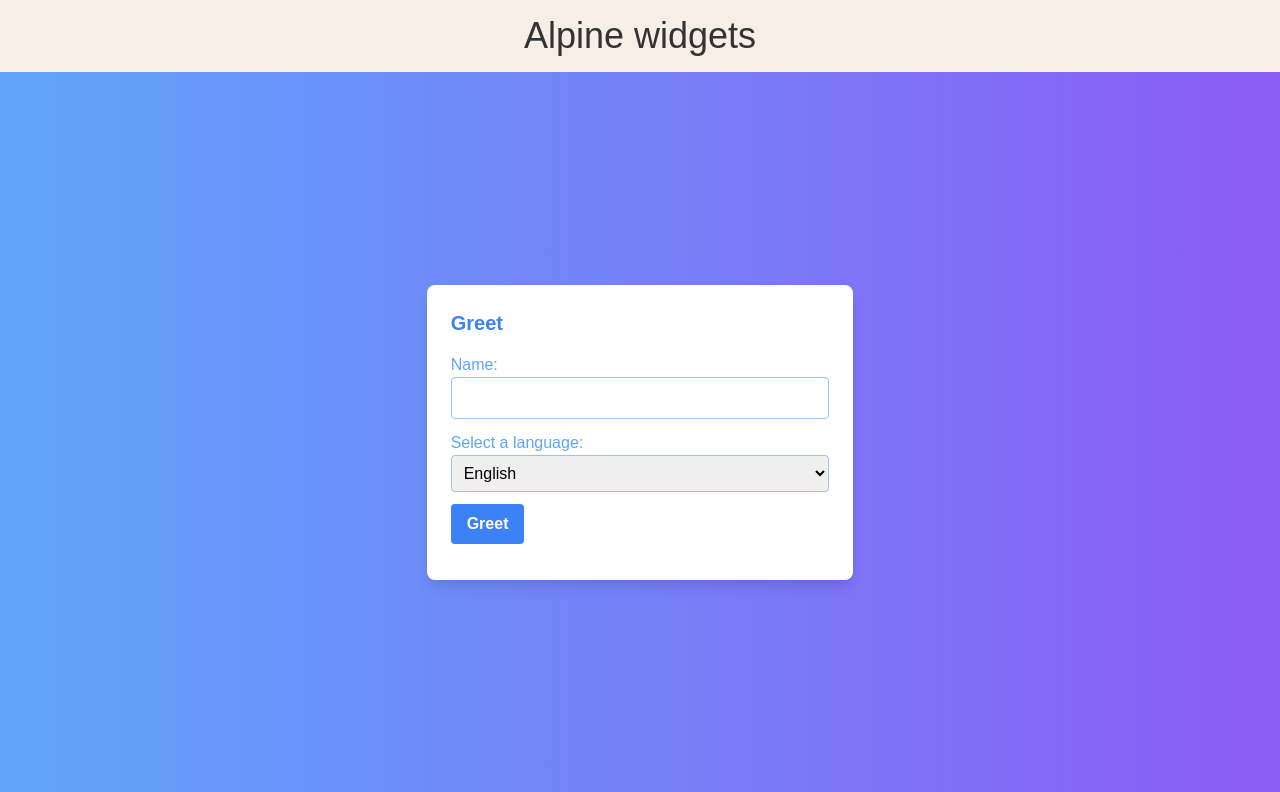
Repository: lasity34/alpine-bootcamp-widgets
Page: index.html
The author's editor kept a copy of each file at every save. The page is drawn from the files as they stood at one save, then again after the next save.
The browser window is 1280 px wide. The pictures show the whole page.
Some web fonts or font styles are not loaded; a fallback is used. Some web libraries are served in a nearby version.

Above is the page before, as saved 2023-07-12 11:29:46.

After the next save:
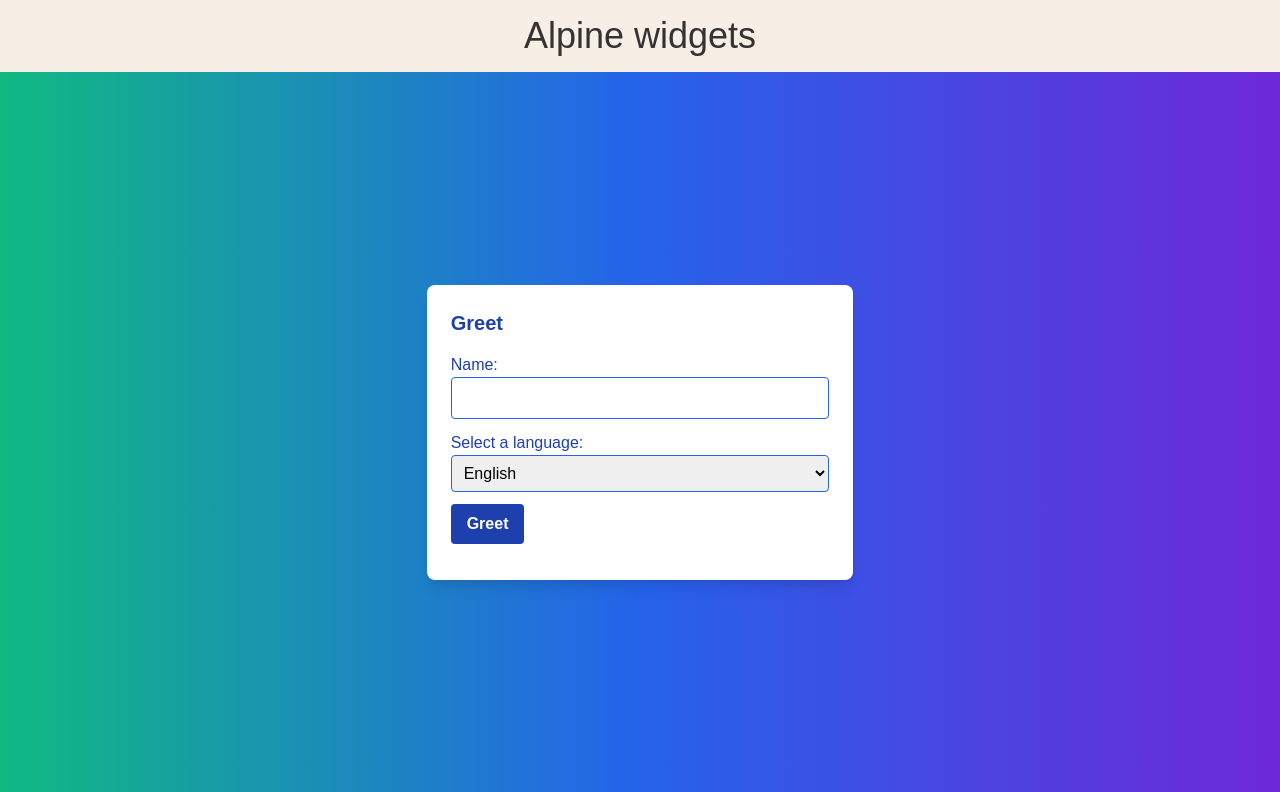
Saved 111 s later.
--- a/index.html
+++ b/index.html
@@ -1,45 +1,62 @@
 <!DOCTYPE html>
 <html lang="en">
-<head>
-    <meta charset="UTF-8">
-    <meta name="viewport" content="width=device-width, initial-scale=1.0">
+  <head>
+    <meta charset="UTF-8" />
+    <meta name="viewport" content="width=device-width, initial-scale=1.0" />
     <title>Alpine bootcamp widgets</title>
     <script src="//unpkg.com/alpinejs" defer></script>
     <link
       href="https://cdn.jsdelivr.net/npm/tailwindcss@2.1.2/dist/tailwind.min.css"
       rel="stylesheet"
     />
-    <link rel="preconnect" href="https://fonts.googleapis.com">
-<link rel="preconnect" href="https://fonts.gstatic.com" crossorigin>
-<link href="https://fonts.googleapis.com/css2?family=Titillium+Web:ital@0;1&family=Tsukimi+Rounded:wght@300;400;500&display=swap" rel="stylesheet">
-    <link rel="stylesheet" href="./style.css">
-</head>
-<body >
-    <h1 class="text-4xl text-center mt-4 pb-4" >Alpine widgets</h1>
-    <div class="flex justify-center items-center h-screen bg-gradient-to-r from-blue-400 to-purple-500">
-      <section class="w-1/3 bg-white rounded-lg shadow-lg p-6 m-4" x-data="greet">
-        <h2 class="text-xl font-bold mb-4 text-blue-500">Greet</h2>
+    <link rel="preconnect" href="https://fonts.googleapis.com" />
+    <link rel="preconnect" href="https://fonts.gstatic.com" crossorigin />
+    <link
+      href="https://fonts.googleapis.com/css2?family=Titillium+Web:ital@0;1&family=Tsukimi+Rounded:wght@300;400;500&display=swap"
+      rel="stylesheet"
+    />
+    <link rel="stylesheet" href="./style.css" />
+  </head>
+  <body>
+    <h1 class="text-4xl text-center mt-4 pb-4">Alpine widgets</h1>
+    <div
+      class="flex justify-center items-center h-screen bg-gradient-to-r from-green-500 via-blue-600 to-purple-700"
+    >
+      <section
+        class="w-1/3 bg-white rounded-lg shadow-lg p-6 m-4"
+        x-data="greet"
+      >
+        <h2 class="text-xl font-bold mb-4 text-blue-800">Greet</h2>
         <div>
-          <label class="text-blue-400">Name:</label>
-          <input type="text" x-model="name" class="border border-blue-300 p-2 rounded w-full"/>
+          <label class="text-blue-800">Name:</label>
+          <input
+            type="text"
+            x-model="name"
+            class="border border-blue-600 p-2 rounded w-full"
+          />
 
-          <label class="mt-3 block text-blue-400">Select a language:</label>
-          <select x-model="language" class="border border-blue-300 p-2 rounded w-full">
+          <label class="mt-3 block text-blue-800">Select a language:</label>
+          <select
+            x-model="language"
+            class="border border-blue-600 p-2 rounded w-full"
+          >
             <option>English</option>
             <option>French</option>
             <option>Spanish</option>
           </select>
 
-          <button @click="greeting()" class="mt-3 bg-blue-500 hover:bg-blue-700 text-white font-bold py-2 px-4 rounded">Greet</button>
+          <button
+            @click="greeting()"
+            class="mt-3 bg-blue-800 hover:bg-blue-900 text-white font-bold py-2 px-4 rounded"
+          >
+            Greet
+          </button>
 
-          <p class="mt-3 text-purple-600" x-text="message"></p>
-
+          <p class="mt-3 text-purple-700" x-text="message"></p>
         </div>
       </section>
-  </div>
-
-
+    </div>
 
     <script src="./greet.js"></script>
-</body>
+  </body>
 </html>
